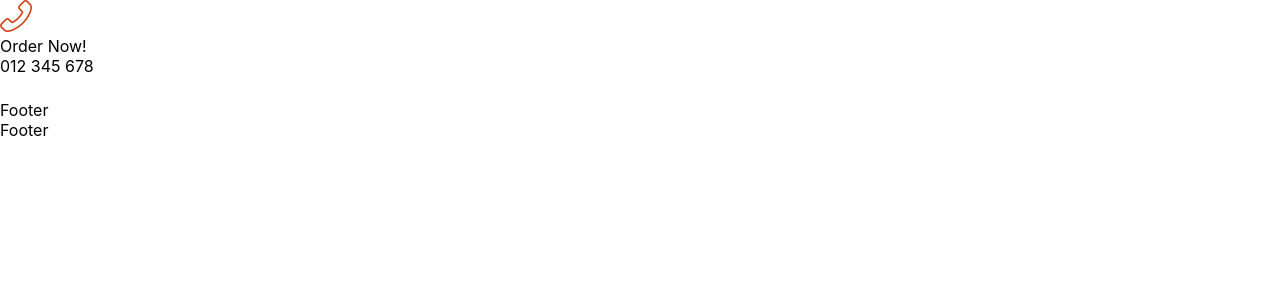
Repository: exiled-kal/RestuarantNextJS
Page: /components/Layout
These files come from the project's save history. The page is drawn as it stood at one moment and after a run of saves; the edit follows.
The browser window is 1280 px wide. The pictures show the whole page.
The project was rebuilt for these pictures with package versions that can differ from the ones it lists, and the page was loaded fresh each time. The framework's server and built-in components were replaced by stand-ins that run in the browser. Also part of the build but not shown: next.config.js.

Above is the page before, as saved 2021-12-13 21:20:19.

### pages/components/Footer.jsx
const Footer = () => {
    return (
        <div>
            Footer
        </div>
    )
}

export default Footer

### pages/components/Navbar.jsx
const Navbar = () => {
    return (
        <div>

        </div>
    )
}

export default Navbar

### components/Footer.jsx
const Footer = () => {
    return (
        <div>
            Footer
        </div>
    )
}

export default Footer

### components/Navbar.jsx
import Image from "next/image";
import styles from "../styles/Navbar.module.css";

const Navbar = () => {
  return (
    <div className={styles.container}>
      <div className={styles.item}>
        <div className={styles.callButton}>
          <Image src="/img/telephone.png" alt="" width="32" height="32" />
        </div>
        <div className={styles.texts}>
          <div className={styles.text}>Order Now!</div>
          <div className={styles.text}>012 345 678</div>
        </div>
      </div>

      <div className={styles.item}></div>
      <div className={styles.item}></div>
    </div>
  );
};

export default Navbar;

### styles/Navbar.module.css
.container {
  height: 100px;
  padding
}

Loaded but not shown: pages/_app.js (common file); pages/components/Layout.js (common file); components/Layout.js (common file); styles/globals.css (common file)

After the next 6 saves:
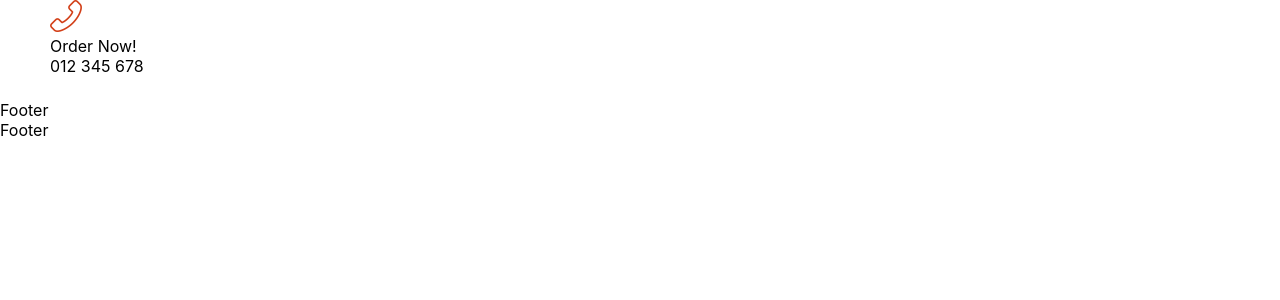
The 6 saves are shown as one change because they came seconds apart.
The last was saved 13 s later.
--- a/styles/Navbar.module.css
+++ b/styles/Navbar.module.css
@@ -1,4 +1,4 @@
 .container {
   height: 100px;
-  padding
+  padding: 0px 50px;
 }
